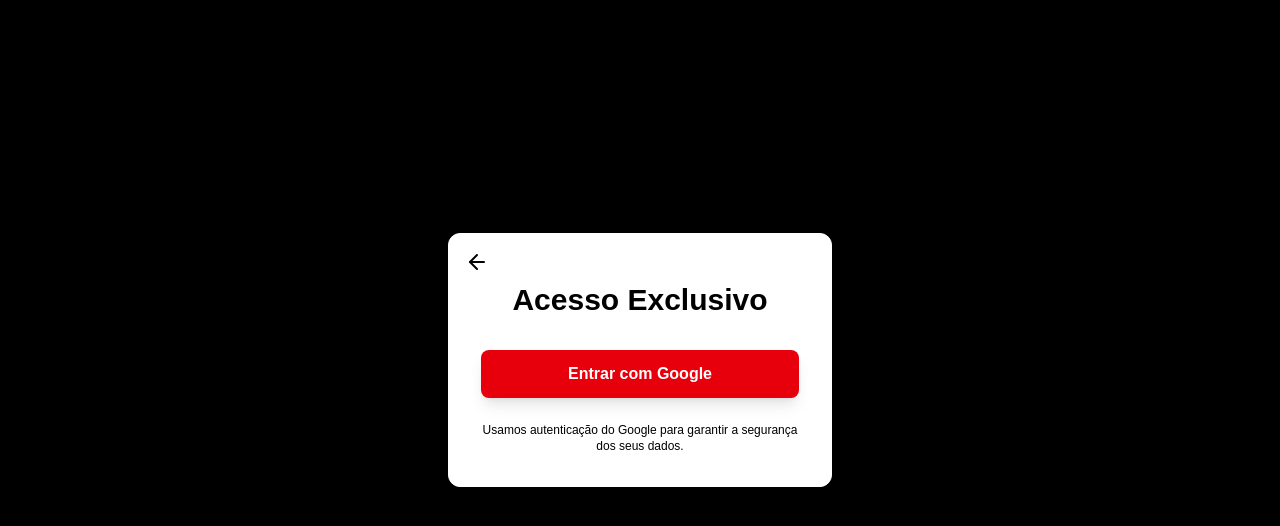
Repository: NunesJulia/faladireito-ai
Page: /login
These files come from the project's save history. The page is drawn as it stood at one moment and after a run of saves; the edit follows.
The browser window is 1280 px wide. The pictures show the whole page.
The project was rebuilt for these pictures with package versions that can differ from the ones it lists, and the page was loaded fresh each time. The framework's server and built-in components were replaced by stand-ins that run in the browser. Also part of the build but not shown: next.config.ts.

Above is the page before, as saved 2025-12-08 19:27:05.

### app/layout.tsx
// app/layout.tsx
import type { Metadata } from "next";
import { Geist, Geist_Mono } from "next/font/google";
import "./globals.css";
import { Providers } from "./providers";

const geistSans = Geist({
  variable: "--font-geist-sans",
  subsets: ["latin"],
});

const geistMono = Geist_Mono({
  variable: "--font-geist-mono",
  subsets: ["latin"],
});

export const metadata: Metadata = {
  title: "Create Next App",
  description: "Generated by create next app",
};

export default function RootLayout({
  children,
}: {
  children: React.ReactNode;
}) {
  return (
    <html lang="en">
      <body
        className={`${geistSans.variable} ${geistMono.variable} antialiased`}
      >
        <Providers>{children}</Providers>
      </body>
    </html>
  );
}

### app/login/page.tsx
// app/login/page.tsx
import { Suspense } from "react";
import LoginPage from "./login_component";


export default function Page() {
  return (
    <Suspense>
      <LoginPage />
    </Suspense>
  );
}

### app/providers.tsx
// app/providers.tsx
"use client";

import { SessionProvider } from "next-auth/react";

export function Providers({ children }: { children: React.ReactNode }) {
  return <SessionProvider>{children}</SessionProvider>;
}

### app/login/login_component.tsx
// app/login/login_component.tsx
"use client";

import { Loader2, ArrowLeft } from "lucide-react"; // Adicionado ArrowLeft
import { useState, useEffect } from "react";
import { signIn } from "next-auth/react";
import { useSearchParams, useRouter } from "next/navigation"; // Adicionado useRouter

export default function LoginPage() {
  const [isLoading, setIsLoading] = useState(false);
  const searchParams = useSearchParams();
  const router = useRouter(); // Inicializando o router
  const errorParam = searchParams.get("error");

  const [error, setError] = useState<string | null>(null);

  useEffect(() => {
    if (errorParam === "OAuthAccountNotLinked") {
      setError("Este e-mail está vinculado a outro método de login.");
    } else if (errorParam) {
      setError("Falha ao fazer login. Tente novamente.");
    }
  }, [errorParam]);

  const handleLogin = async () => {
    setIsLoading(true);
    await signIn("google", { callbackUrl: "/prompt" });
  };

  const handleGoBack = () => {
    router.push("/");
  };

  return (
    // Fundo da tela preto
    <div className="flex bg-black flex-col items-center justify-center min-h-[50vh] h-screen p-6">
      {/* Caixa de Login com fundo escuro e borda branca */}
      <div className="relative w-full max-w-sm bg-white p-8 rounded-xl shadow-2xl border border-white">

        {/* Botão de Voltar para Home */}
        <button
          onClick={handleGoBack}
          className="absolute top-4 left-4 text-black hover:text-gray-400 transition duration-150"
          aria-label="Voltar para a página inicial"
        >
          <ArrowLeft className="w-6 h-6" />
        </button>

        <h2 className="text-3xl font-bold text-center text-black mt-4 mb-8">
          Acesso Exclusivo
        </h2>

        {error && (
          <p className="text-sm text-red-400 bg-black p-3 rounded-lg mb-4 text-center border border-black">
            {error}
          </p>
        )}

        <button
          onClick={handleLogin}
          disabled={isLoading}
          className={`w-full cursor-pointer py-3 px-4 rounded-lg font-semibold transition duration-300 flex items-center justify-center
            ${isLoading
                ? "bg-gray-600 text-gray-400 cursor-not-allowed"
                : "bg-red-600 hover:bg-red-700 text-white shadow-lg"
            }`}
        >
          {isLoading ? (
            <>
              <Loader2 className="w-5 h-5 mr-2 animate-spin" />
              Redirecionando...
            </>
          ) : (
            <>Entrar com Google</>
          )}
        </button>

        <p className="mt-6 text-xs text-black text-sm text-center">
          Usamos autenticação do Google para garantir a segurança dos seus dados.
        </p>
      </div>
    </div>
  );
}

Loaded but not shown: app/globals.css (common file)

After the next 3 saves:
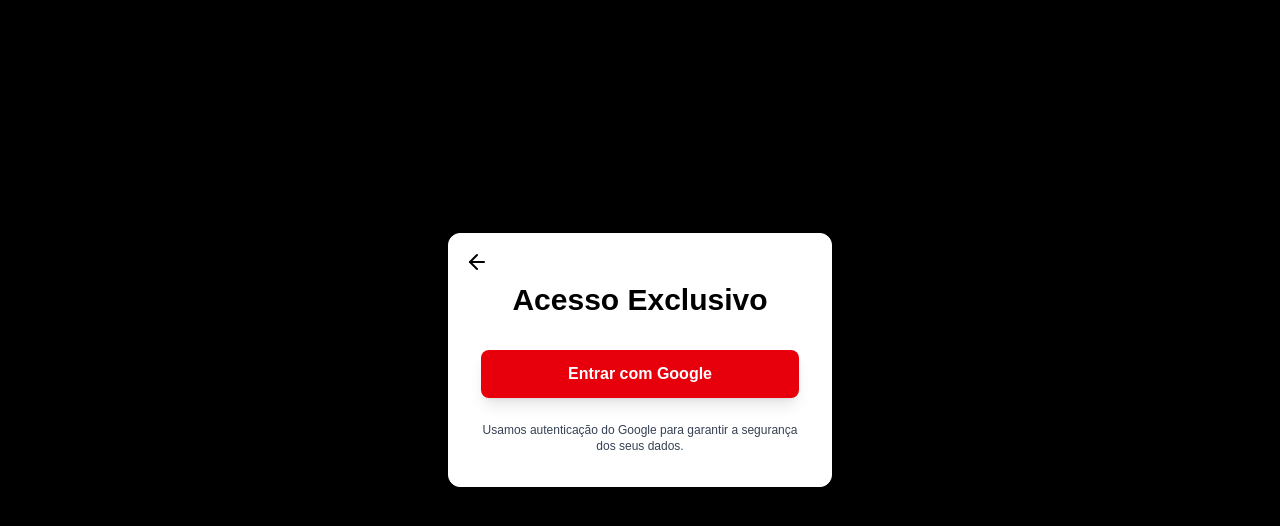
The 3 saves are shown as one change because 1 did not build or start and some came seconds apart.
The last was saved 19 s later.
--- a/app/login/login_component.tsx
+++ b/app/login/login_component.tsx
@@ -75,7 +75,7 @@
           )}
         </button>
 
-        <p className="mt-6 text-xs text-black text-sm text-center">
+        <p className="mt-6 text-xs text-gray-700 text-sm text-center">
           Usamos autenticação do Google para garantir a segurança dos seus dados.
         </p>
       </div>
